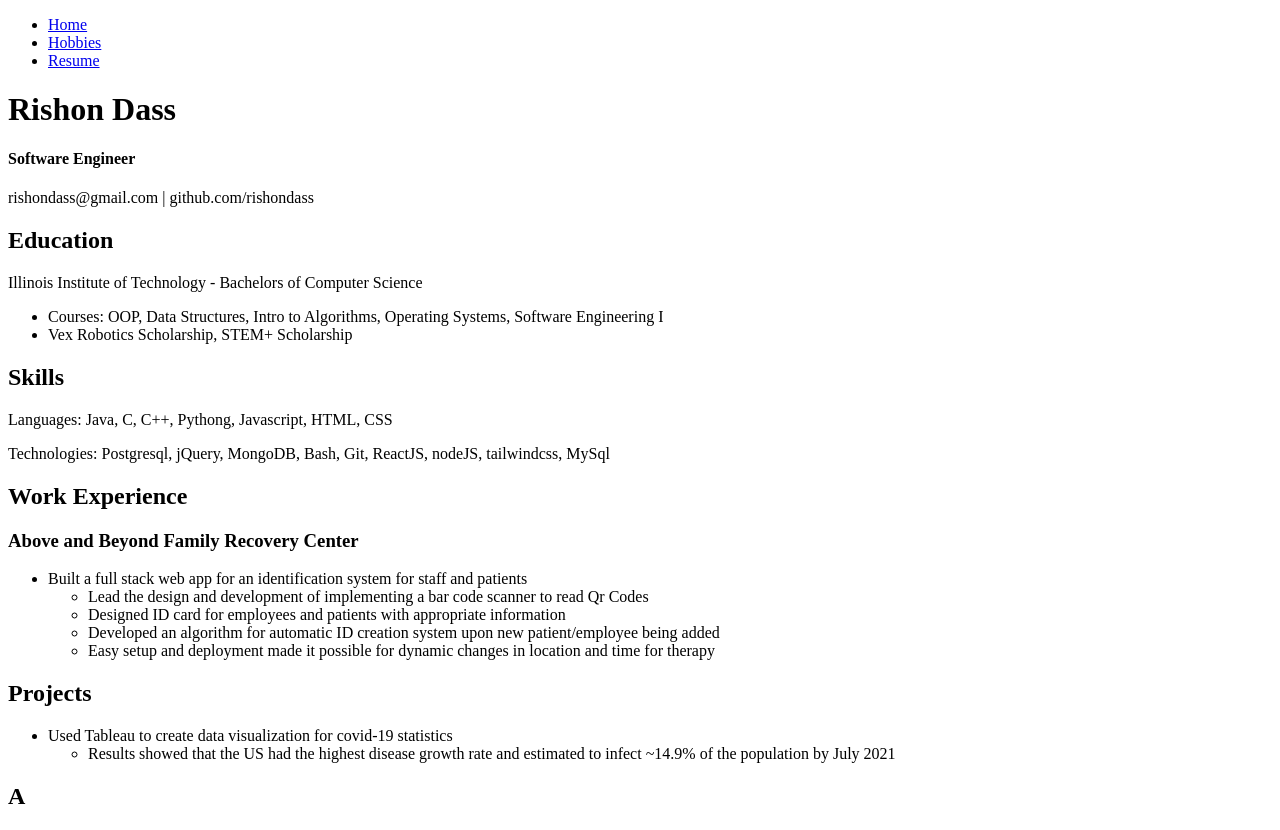
Repository: rishondass/ITMD361-Project1
Page: resume.html
These files come from the project's save history. The page is drawn as it stood at one moment and after a run of saves; the edit follows.
The browser window is 1280 px wide. The pictures show the whole page.

Above is the page before, as saved 2023-02-22 15:24:25.

### resume.html
<!DOCTYPE html>
<html lang="en">
<head>
    <meta charset="UTF-8">
    <meta name="viewport" content="width=device-width, initial-scale=1.0">
    <title>Resume</title>
</head>
<body>
    <nav>
        <ul>
            <li>
                <a href="index.html">Home</a>
            </li>
            <li>
                <a href="hobbies.html">Hobbies</a>
            </li>
            <li>
                <a href="resume.html">Resume</a>
            </li>
        </ul>
    </nav>
    <div>
        <h1>
            Rishon Dass
        </h1>
        <h4>
            Software Engineer
        </h4>
        <p>
            rishondass@gmail.com | github.com/rishondass
        </p>
    </div>
    <div>
        <h2>
            Education
        </h2>
        <p>
            Illinois Institute of Technology - Bachelors of Computer Science
        </p>
        <ul>
            <li>
                Courses: OOP, Data Structures, Intro to Algorithms, Operating Systems, Software Engineering I
            </li>
            <li>
                Vex Robotics Scholarship, STEM+ Scholarship
            </li>
        </ul>
    </div>
    <div>
        <h2>
            Skills
        </h2>
        <p>
            Languages: Java, C, C++, Pythong, Javascript, HTML, CSS
        </p>
        <p>
            Technologies: Postgresql, jQuery, MongoDB, Bash, Git, ReactJS, nodeJS, tailwindcss, MySql
        </p>
    </div>
    <div>
        <h2>
            Work Experience
        </h2>
        <h3>
            Above and Beyond Family Recovery Center
        </h3>
        <ul>
            <li>
                Built a full stack web app for an identification system for staff and patients
                <ul>
                    <li>
                        Lead the design and development of implementing a bar code scanner to read Qr Codes
                    </li>
                    <li>
                        Designed ID card for employees and patients with appropriate information
                    </li>
                    <li>
                        Developed an algorithm for automatic ID creation system upon new patient/employee being added
                    </li>
                    <li>
                        Easy setup and deployment made it possible for dynamic changes in location and time for therapy
                    </li>
                </ul>
            </li>
        </ul>
    </div>

    <div>
        <h2>
            Projects
        </h2>
        <ul>
            <li>
                Used Tableau to create data visualization for covid-19 statistics
                <ul>
                    <li>
                        Results showed that the US had the highest disease growth rate and estimated to infect ~14.9% of the
                        population by July 2021
                    </li>
                </ul>
            </li>
        </ul>
    </div>
    <div>
        <h2>
            A
        </h2>
    </div>
</body>
</html>

After the next 3 saves:
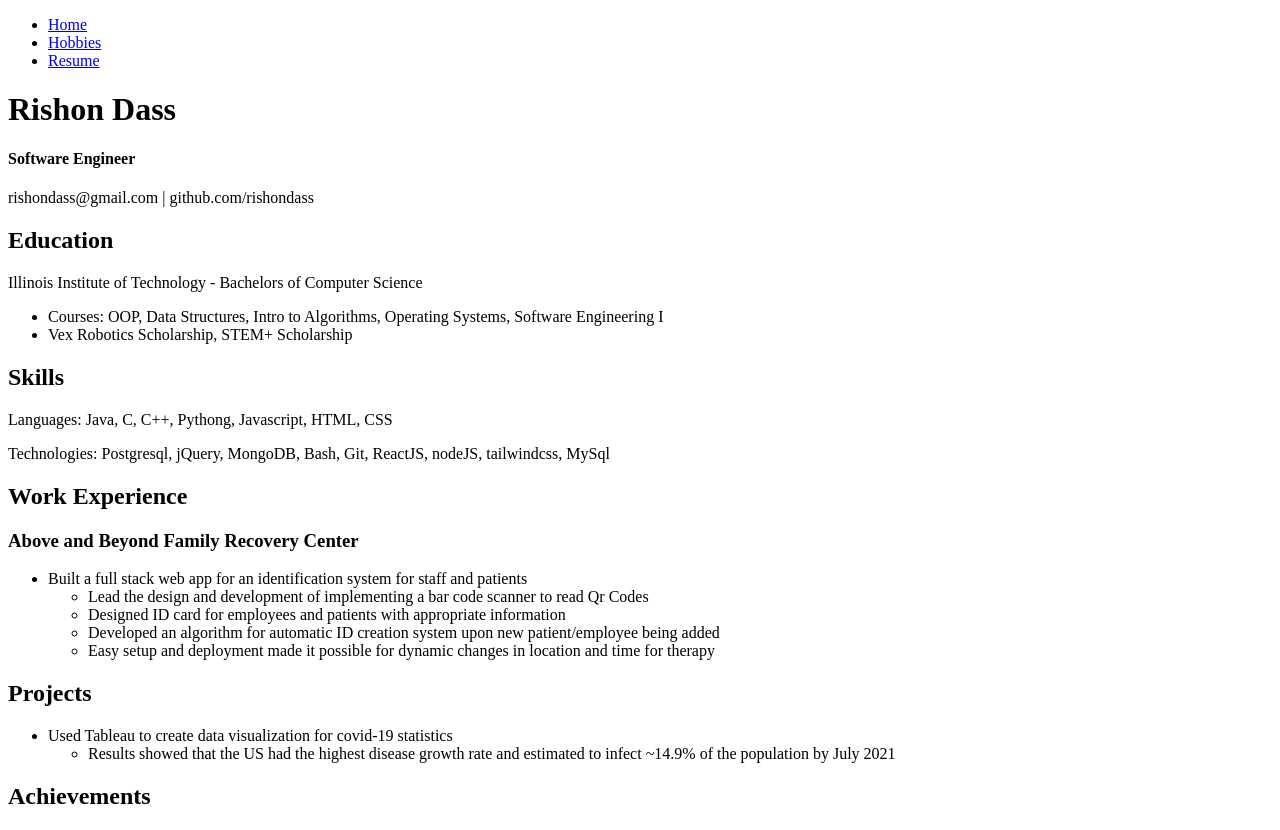
The 3 saves are shown as one change because they came seconds apart.
The last was saved 12 s later.
--- a/resume.html
+++ b/resume.html
@@ -103,8 +103,11 @@
     </div>
     <div>
         <h2>
-            A
+            Achievements
         </h2>
+        <p>
+
+        </p>
     </div>
 </body>
 </html>
